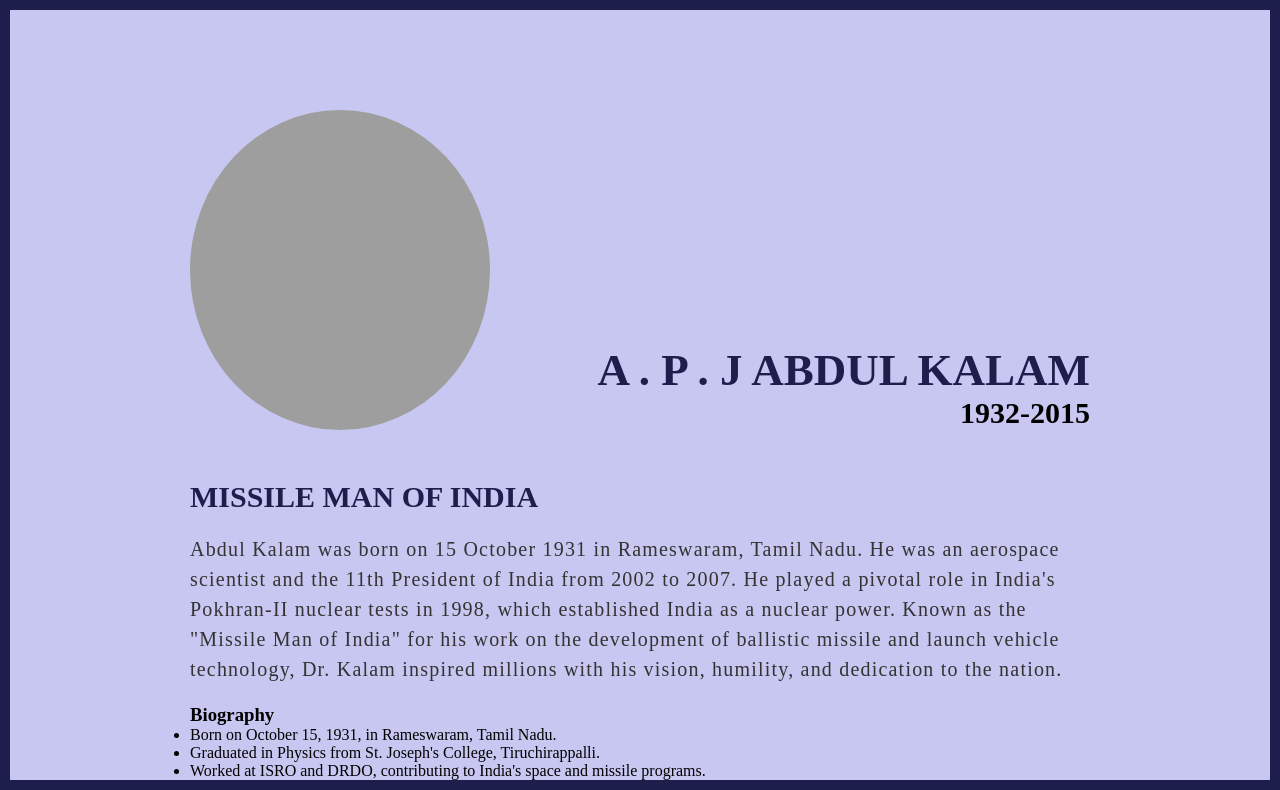
Repository: Mohitkumar1322/FrontendPracticee
Page: abdulkalam/index.html
The author's editor kept a copy of each file at every save. The page is drawn from the files as they stood at one save, then again after the next save.
The browser window is 1280 px wide. The pictures show the whole page.
Pictures or frames that could not be fetched are drawn as grey boxes.

Above is the page before, as saved 2025-07-02 22:01:51.

### abdulkalam/index.html
<!DOCTYPE html>
<html lang="en">
<head>
    <meta charset="UTF-8">
    <meta name="viewport" content="width=device-width, initial-scale=1.0">
    <title>The Tribute Website</title>
    <link rel="stylesheet" href="style.css">
</head>
<body>
    <div class="container">
        <div class="content">
            <section class="top_section">
                <div class="image_container">
                    <img src="apj.jpg" alt="tribute">
                </div>
                <div>
                    <h1>
                        A . P . J Abdul Kalam
                    </h1>
                    <h4>
                        1932-2015
                    </h4>
                </div>


            </section>
            <section class="about_section">
                <h2>
                    Missile Man of India
                </h2>
                <p>
                    Abdul Kalam was born on 15 October 1931 in Rameswaram, Tamil Nadu. He was an aerospace scientist and the 11th President of India from 2002 to 2007. He played a pivotal role in India's Pokhran-II nuclear tests in 1998, which established India as a nuclear power. Known as the "Missile Man of India" for his work on the development of ballistic missile and launch vehicle technology, Dr. Kalam inspired millions with his vision, humility, and dedication to the nation.

                </p>


            </section>
            <section class="biography_section">
                <h3>
                    Biography
                </h3>
                <ul>
                    <li>
                        Born on October 15, 1931, in Rameswaram, Tamil Nadu.
                    </li>
                    <li>
                        Graduated in Physics from St. Joseph's College, Tiruchirappalli.
                    </li>
                    <li>
                        Worked at ISRO and DRDO, contributing to India's space and missile programs.
                    </li>


                </ul>
            </section>

        </div>
    </div>


</body>
</html>

### abdulkalam/style.css
*{
    padding:0;
    margin:0;
    box-sizing: border-box;

}


.container{
    background-color: #c7c7f1;
    min-height: 100vh;
    border:10px solid #1d1e4c;

}
.content{
    max-width: 900px;
    margin: 0 auto
}
.top_section{
    margin-top: 100px;
    display:flex;
    justify-content: space-between;
    align-items: flex-end;

}
.top_section h4{
    text-align: end;
    font-size: 30px;
}
.top_section h1{
    font-size: 45px;
    font-weight: bold;
    color:#1d1e4c;
    text-transform:uppercase;

}
.image_container{
    border-radius: 50%;
    overflow: hidden;
}

.image_container, img{
    width:300px;
    height: 320px;


}
.about_section{
    margin-top: 50px;

}
.about_section h2{
    font-size: 30px;
    color: #1d1e4c;
    text-transform: uppercase;
    margin-bottom: 20px;
}
.about_section p{
    font-size: 20px;
    line-height: 30px;
    color: #333;
    margin-bottom: 20px;
    letter-spacing: 1.2px;
}

After the next save:
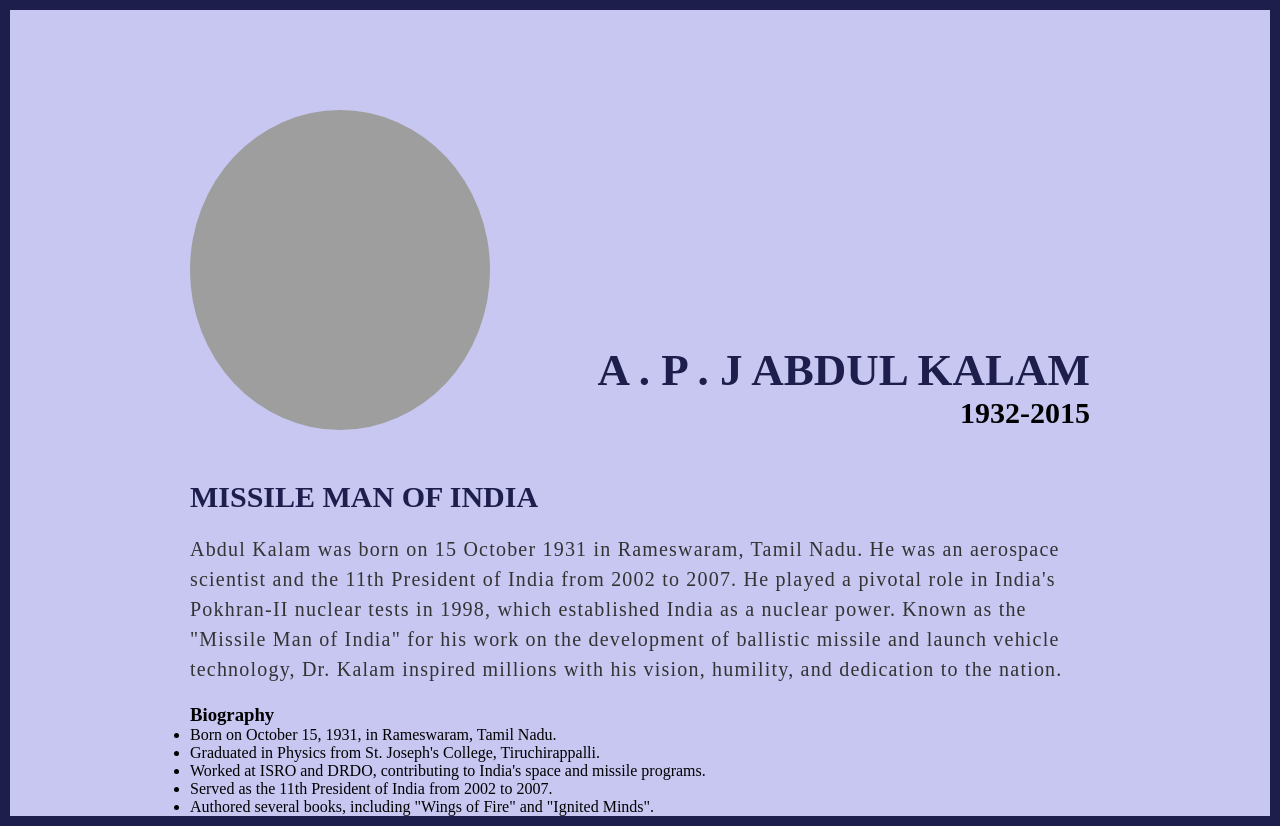
Saved 5 s later.
--- a/abdulkalam/index.html
+++ b/abdulkalam/index.html
@@ -50,7 +50,12 @@
                         Worked at ISRO and DRDO, contributing to India's space and missile programs.
                     </li>
 
-
+                    <li>
+                        Served as the 11th President of India from 2002 to 2007.
+                    </li>
+                    <li>
+                        Authored several books, including "Wings of Fire" and "Ignited Minds".
+                    </li>
                 </ul>
             </section>
 
